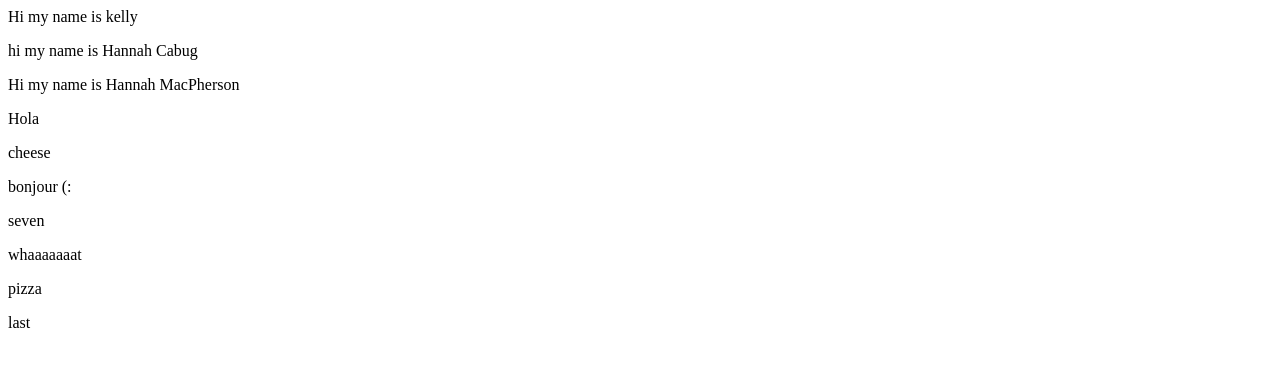
Repository: KellyMenzul/lab-4
Page: index.html
The author's editor kept a copy of each file at every save. The page is drawn from the files as they stood at one save, then again after a run of saves.
The browser window is 1280 px wide. The pictures show the whole page.

Above is the page before, as saved 2021-04-07 17:43:37.

### index.html
<html>
    <head>
        <title>Lab 4</title>

        <script>
            var a = new XMLHttpRequest()
            var b = new XMLHttpRequest()
            var c = new XMLHttpRequest()
            var d = new XMLHttpRequest()
            var e = new XMLHttpRequest()
            var f = new XMLHttpRequest()
            var g = new XMLHttpRequest()
            var h = new XMLHttpRequest()
            var i = new XMLHttpRequest()
            var j = new XMLHttpRequest()

            a.open("GET", "1.txt", true)
            b.open("GET", "2.txt", true)
            c.open("GET", "3.txt", true)
            d.open("GET", "4.txt", true)
            e.open("GET", "5.txt", true)
            f.open("GET", "6.txt", true)
            g.open("GET", "7.txt", true)
            h.open("GET", "8.txt", true)
            i.open("GET", "9.txt", true)
            j.open("GET", "10.txt", true)

            a.onreadystatechange=processData
            b.onreadystatechange=processData
            c.onreadystatechange=processData
            d.onreadystatechange=processData
            e.onreadystatechange=processData
            f.onreadystatechange=processData
            g.onreadystatechange=processData
            h.onreadystatechange=processData
            i.onreadystatechange=processData
            j.onreadystatechange=processData

            a.send(null)
            b.send(null)
            c.send(null)
            d.send(null)
            e.send(null)
            f.send(null)
            g.send(null)
            h.send(null)
            i.send(null)
            j.send(null)

            function processData()
            {
                if(a.readyState == 4 && b.readyState == 4 && c.readyState == 4 && d.readyState == 4 && e.readyState == 4 && f.readyState == 4 && g.readyState == 4 && h.readyState == 4 && i.readyState == 4 && j.readyState == 4)
                {
                    var p1 = document.createElement("p")
                    p1.innerHTML = a.responseText
                    document.body.appendChild(p1)

                    var p2 = document.createElement("p")
                    p2.innerHTML = b.responseText
                    document.body.appendChild(p2)

                    var p3 = document.createElement("p")
                    p3.innerHTML = c.responseText
                    document.body.appendChild(p3)

                    var p4 = document.createElement("p")
                    p4.innerHTML = d.responseText
                    document.body.appendChild(p4)

                    var p5 = document.createElement("p")
                    p5.innerHTML = e.responseText
                    document.body.appendChild(p5)

                    var p6 = document.createElement("p")
                    p6.innerHTML = f.responseText
                    document.body.appendChild(p6)

                    var p7 = document.createElement("p")
                    p7.innerHTML = g.responseText
                    document.body.appendChild(p7)

                    var p8 = document.createElement("p")
                    p8.innerHTML = h.responseText
                    document.body.appendChild(p8)

                    var p9 = document.createElement("p")
                    p9.innerHTML = i.responseText
                    document.body.appendChild(p9)

                    var p10 = document.createElement("p")
                    p10.innerHTML = j.responseText
                    document.body.appendChild(p10)
                }
            }
        </script>
    </head>
    <body>
    </body>
</html>

After the next 5 saves:
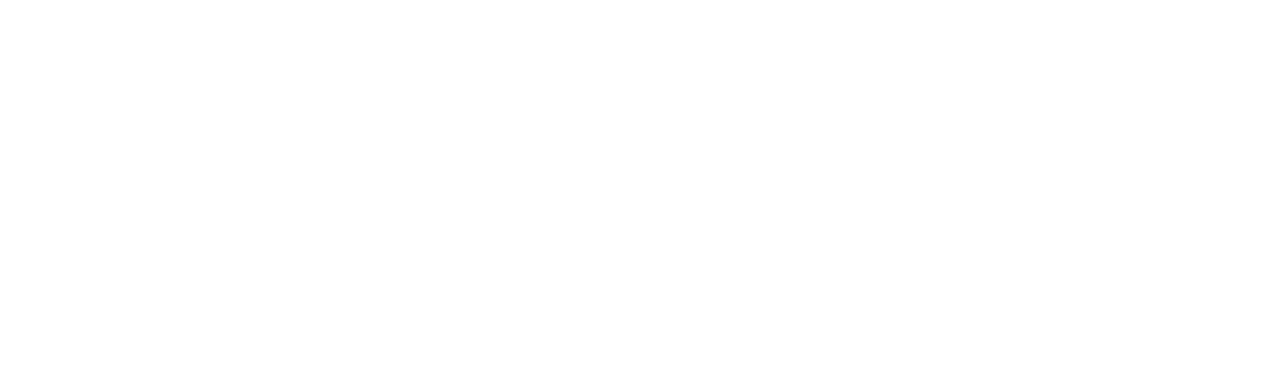
Console error: SyntaxError: Unexpected token ')'
The 5 saves are shown as one change because they came seconds apart.
The last was saved 6 min 39 s later.
--- a/index.html
+++ b/index.html
@@ -51,6 +51,8 @@
             {
                 if(a.readyState == 4 && b.readyState == 4 && c.readyState == 4 && d.readyState == 4 && e.readyState == 4 && f.readyState == 4 && g.readyState == 4 && h.readyState == 4 && i.readyState == 4 && j.readyState == 4)
                 {
+
+                    setTimeout(function())
                     var p1 = document.createElement("p")
                     p1.innerHTML = a.responseText
                     document.body.appendChild(p1)

After the save that followed:
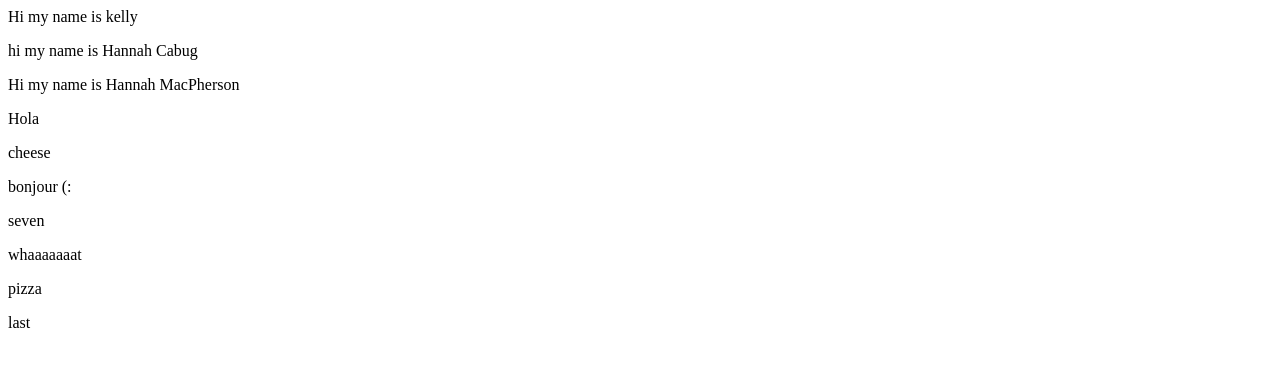
The error is gone.
Saved 6 s later.
--- a/index.html
+++ b/index.html
@@ -52,7 +52,7 @@
                 if(a.readyState == 4 && b.readyState == 4 && c.readyState == 4 && d.readyState == 4 && e.readyState == 4 && f.readyState == 4 && g.readyState == 4 && h.readyState == 4 && i.readyState == 4 && j.readyState == 4)
                 {
 
-                    setTimeout(function())
+                    setTimeout(function(){})
                     var p1 = document.createElement("p")
                     p1.innerHTML = a.responseText
                     document.body.appendChild(p1)
